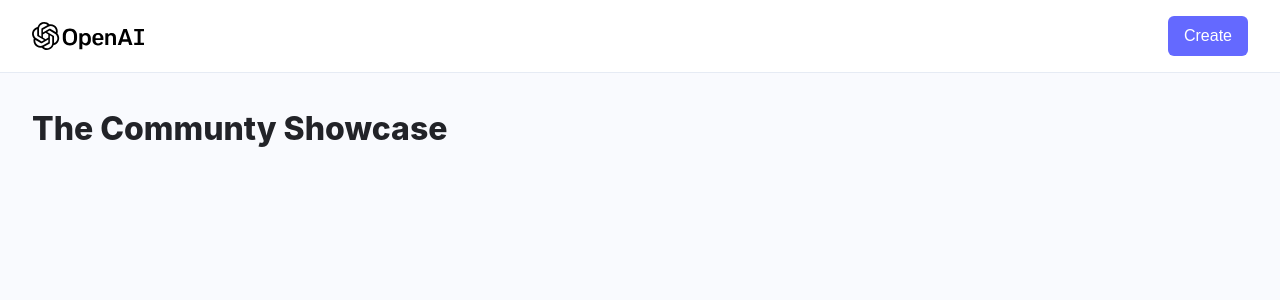
Repository: TheHumanistX/MERN-dall-e
Page: / (app in client/)
These files come from the project's save history. The page is drawn as it stood at one moment and after the next save; the edit follows.
The browser window is 1280 px wide. The pictures show the whole page.
Some web fonts or font styles are not loaded; a fallback is used. The project was rebuilt for these pictures with package versions that can differ from the ones it lists, and the page was loaded fresh each time. Also part of the build but not shown: client/vite.config.js, client/src/App.css, client/src/pages/CreatePost.jsx, client/src/components/Card.jsx, client/src/components/FormField.jsx, client/src/components/Loader.jsx.

Above is the page before, as saved 2023-08-11 13:10:56.

After the next save:
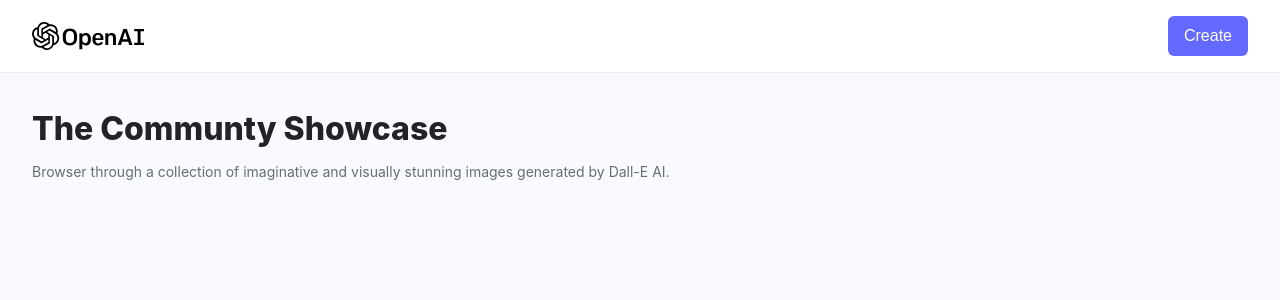
Saved 92 s later.
--- a/client/src/pages/Home.jsx
+++ b/client/src/pages/Home.jsx
@@ -12,7 +12,12 @@
   return (
     <section className='max-w-7xl mx-auto'>
         <div>
-            <h1 className='font-extrabold text-[#222328] text-[32px]'>The Communty Showcase</h1>
+            <h1 className='font-extrabold text-[#222328] text-[32px]'>
+                The Communty Showcase
+            </h1>
+            <p className='mt-2 text-[#666e75] text-[14px] max-w[500px]'>
+                Browser through a collection of imaginative and visually stunning images generated by Dall-E AI.
+            </p>
         </div>
     </section>
   )
